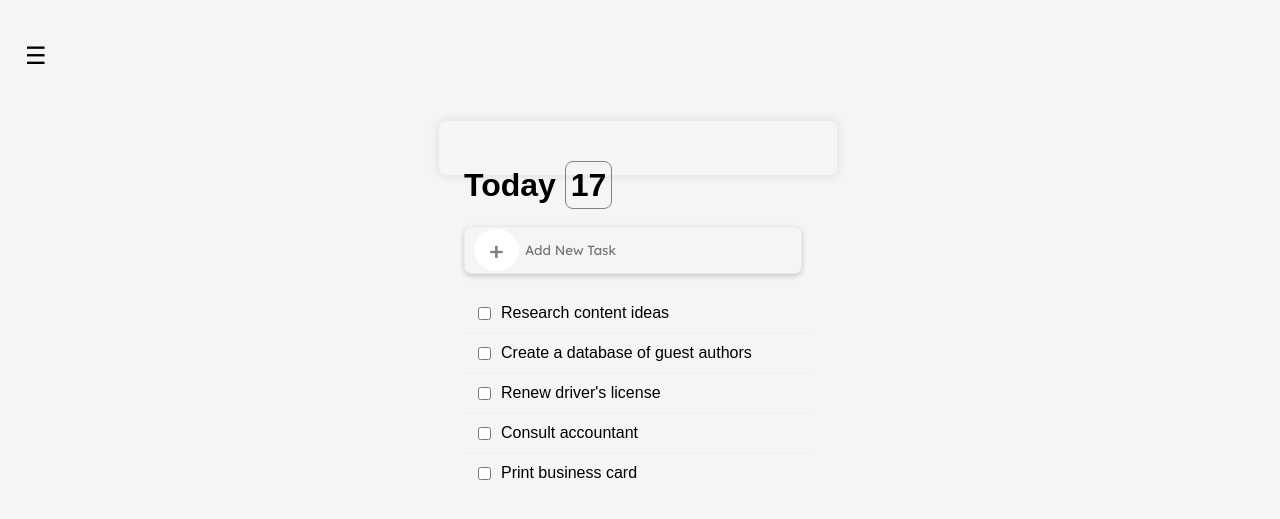
Repository: WeyehnR/Todo-App-e8719e15efb8a3743d14c47aa9ae2115442426d2
Page: Client/index.html
An editor plug-in stored every save of this project. The page is shown before and after the next save, followed by the edit.
The browser window is 1280 px wide. The pictures show the whole page.

Above is the page before, as saved 2023-11-17 15:26:01.

### Client/index.html
<!DOCTYPE html>
<html lang="en">
<head>
    <meta charset="UTF-8">
    <meta name="viewport" content="width=device-width, initial-scale=1.0">
    <title>Todo List Application</title>
    <link href="https://fonts.googleapis.com/css2?family=Lexend+Deca&display=swap" rel="stylesheet">
    <link rel="stylesheet" href="styles.css">
</head>
<body>
    <div class="menu-container">
        <div class="hamburger" id="ham-menu-toggle">&#9776;</div>
        <div class="menu-card" id="menu-card">
            <!-- Content of the expanded gray card goes here -->
        </div>
    </div>
    <div class="todo-container">
        <div class="date-header">
          <h1>Today <span id="dayOfMonth"></span></h1>
        </div>
        <div class="add-task">
            <input type="text" placeholder="Add New Task" id="new-task-input">
            <button id="add-task-btn">+</button>
        </div>
        <ul class="todo-list">
            <li><input type="checkbox" id="task-1"><label for="task-1">Research content ideas</label></li>
            <li><input type="checkbox" id="task-2"><label for="task-2">Create a database of guest authors</label></li>
            <li><input type="checkbox" id="task-3"><label for="task-3">Renew driver's license</label></li>
            <li><input type="checkbox" id="task-4"><label for="task-4">Consult accountant</label></li>
            <li><input type="checkbox" id="task-5"><label for="task-5">Print business card</label></li>
        </ul>
    </div>
    <div class="menu-card" id="menu-card">
        <!-- Content of the expanded gray card goes here -->
    </div>
    <script src="main.js"></script>
</body>
</html>

### Client/styles.css

body {
    font-family: 'Arial', sans-serif;
    background-color: whitesmoke;
    margin: 0;
    padding: 20px;
}

.todo-container {
    top: 120px;
    left: 378px;
    width: 1038px;
    height: 56px;
    background-color: rgba(250,250,250,0);
    border-radius: 8px;
    border: 1px solid #ebebeb;
    box-sizing: border-box;
    position: absolute;
    max-width: 400px;
    margin-left: 60px;
    padding: 25px;
    box-shadow: 0 0 10px rgba(0, 0, 0, 0.1);
}

#dayOfMonth {
    border: 1px solid #838181;
    border-radius: 8px;
    padding: 5px;
}

.header {
    display: flex;
    align-items: center;
}
/* Style for the hamburger icon */
.hamburger {
    position:absolute;
    font-size: 24px; /* Adjust the size as needed */
    top: 40px; /* Adjust the top position for the icon */
    left: 25px; /* Adjust the left position for the icon */
    cursor: pointer;
    font-family: 'Lexend Deca';
    z-index: 2;
}

.hamburger.expanded {
    top: 40px; /* Align with the top of the expanded menu card */
    left: 280px; /* Align with the left of the expanded menu card */
}


.menu-container{
    display: flex;
}

/* Style for the gray menu card */
.menu-card {
    width: 0; /* Initially hidden */
    height: 100%;
    overflow: hidden;
    transition: width 0.3s ease; /* Add a transition for smooth expansion */
    z-index: 1; /* Ensure the menu card is above other content */
}

/* Style for the content within the menu card */
.menu-card-content {
    padding: 20px;
    /* Add additional styling as needed for the expanded card content */
}

/* Adjust the width when the menu card is expanded */
.menu-card.expanded {
    width: 300px; /* Adjust the width as desired */
    background-color: darkgray; /* Adjust the text color as desired */
    top: 24px;
    left: 24px;
    height: 852px;
    border-radius: 16px;
}

.todo-container{
    flex-grow: 1;
    transition: margin-left 0.3s ease; /* Add a transition for smooth shifting */
}

/* Shift the todo-container when the menu card is expanded */
.todo-container.expanded {
    margin-left: 320px; /* Match the width of the menu card */
}

.header h1 {
    margin: 0;
    font-size: 24px;
}

.header span {
    color: #888;
}

.add-task input {
    width: 100%;
    padding: 10px;
    margin-bottom: 20px;
    border: 1px solid #ddd;
    box-sizing: border-box;
}

.todo-list {
    list-style: none;
    padding: 0;
    margin: 0;
}

.todo-list li {
    padding: 10px;
    border-bottom: 1px solid #eee;
    display: flex;
    align-items: center;
}

.todo-list li:last-child {
    border-bottom: none;
}

input[type="checkbox"] {
    margin-right: 10px;
}

/* You can add more styles for checked tasks or interactive states */

/* ... other styles ... */

.add-task {
    display: flex;
    align-items: center;
    position: relative; /* Add this line */
}

.add-task input[type="text"] {
    top: 120px;
    left: 378px;
    width: 1038px;
    height: 48px;
    background-color: rgba(250,250,250,0);
    border-radius: 8px;
    border: 1px solid #ebebeb;
    box-sizing: border-box;
    flex-grow: 1;
    padding: 10px;
    padding-left: 60px; /* Add space for the button */
    margin-right: 10px;
    box-shadow: 0 2px 5px rgba(0, 0, 0, 0.2);
    font-family: 'Lexend Deca';
}


.add-task button {
    position: absolute; /* Add this line */
    left: 10px; /* Adjust as needed */
    top: 35%;
    transform: translateY(-50%); /* This centers the button vertically */
    display: flex;
    justify-content: center;
    align-items: center;
    padding: 1px 15px;
    border: none;
    border-radius: 50%; /* This creates the round shape for the button */
    background-color: rgb(255, 255, 255); /* Replace with the desired button color */
    color: gray;
    font-size: 25px;
    cursor: pointer;
    font-family: 'Lexend Deca';
}

/* ... rest of the styles ... */

/* Styles to ensure the input and button are aligned properly */
.add-task input[type="text"], .add-task button {

    line-height: 40px; /* Adjust line height to vertically center the text */
}

/* Adding some interactivity to the button */
.add-task button:hover {
    background-color: rgb(185, 181, 181); /* Darker shade when hovering */
}

/* ... additional styles and responsive adjustments ... */

### Client/main.js
const getElementById = (element) => document.getElementById(element);
const querySelector = (element) => document.querySelector(element);
document.addEventListener("DOMContentLoaded", function () {
    // Your JavaScript code here
    const currentDate = new Date();
    const dayOfMonth = currentDate.getDate();
    const dayOfMonthElement = getElementById("dayOfMonth");
    dayOfMonthElement.textContent = dayOfMonth;
});

// Get references to the hamburger icon, menu card, and todo-container
const hamburger = document.getElementById("ham-menu-toggle");
const menuCard = document.getElementById("menu-card");
const todoContainer = document.querySelector(".todo-container");

// Add a click event listener to toggle the menu card's expanded state
hamburger.addEventListener("click", () => {
  menuCard.classList.toggle("expanded");
  todoContainer.classList.toggle("expanded");
  hamburger.classList.toggle("expanded");
});

After the next save:
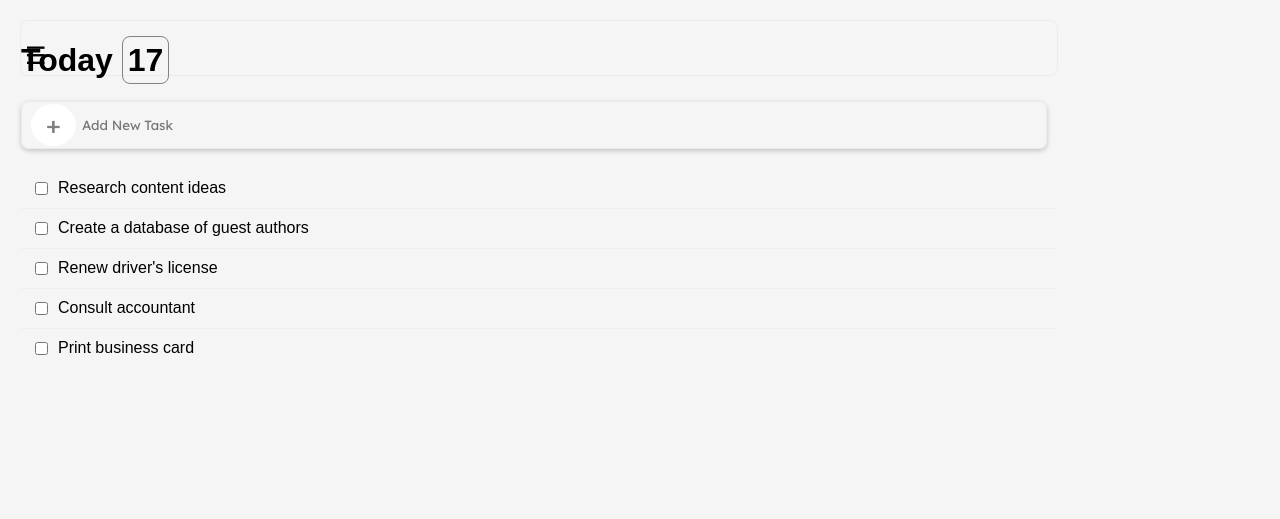
Saved 65 s later.
--- a/Client/styles.css
+++ b/Client/styles.css
@@ -8,18 +8,13 @@ body {
 
 .todo-container {
     top: 120px;
-    left: 378px;
-    width: 1038px;
-    height: 56px;
-    background-color: rgba(250,250,250,0);
-    border-radius: 8px;
-    border: 1px solid #ebebeb;
-    box-sizing: border-box;
-    position: absolute;
-    max-width: 400px;
-    margin-left: 60px;
-    padding: 25px;
-    box-shadow: 0 0 10px rgba(0, 0, 0, 0.1);
+  left: 378px;
+  width: 1038px;
+  height: 56px;
+  background-color: rgba(250,250,250,0);
+  border-radius: 8px;
+  border: 1px solid #ebebeb;
+  box-sizing: border-box;
 }
 
 #dayOfMonth {
